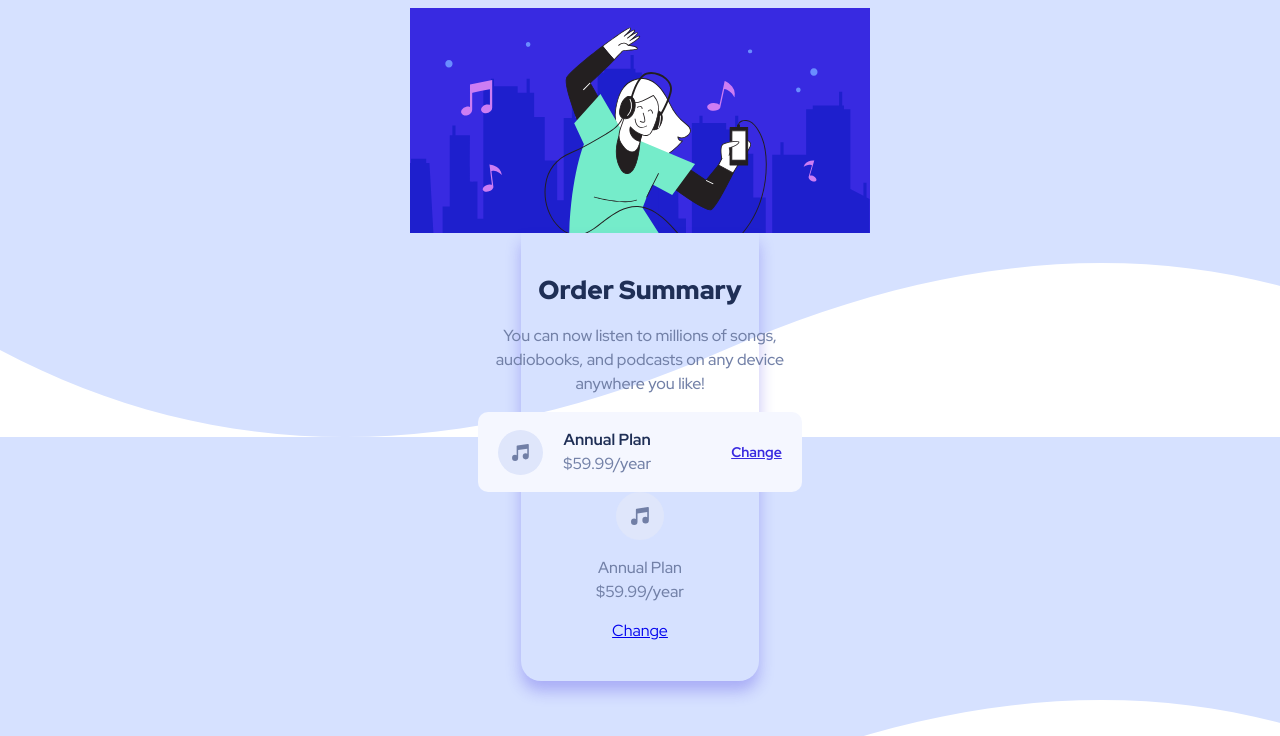
Repository: Pawan-pediredla/frontend-mentors
Page: order-summary-card/order-summary-component-main/markup/index.html
The author's editor kept a copy of each file at every save. The page is drawn from the files as they stood at one save, then again after the next save.
The browser window is 1280 px wide. The pictures show the whole page.

Above is the page before, as saved 2024-06-22 12:17:16.

### order-summary-card/order-summary-component-main/markup/index.html
<!DOCTYPE html>
<html lang="en">
<head>
  <meta charset="UTF-8">
  <meta name="viewport" content="width=device-width, initial-scale=1.0"> <!-- displays site properly based on user's device -->
  <title>Frontend Mentor | Order summary card</title>
  <link
  rel="icon"
  type="image/png"
  sizes="32x32"
  href="favicon-32x32.png"/>
<link rel="stylesheet"  href="../styling/index.css"/>
</head>
<body>
  <section class="image-container">
    <img src="illustration-hero.svg" alt="illustration-hero" />
  </section>
  <div class="container">
    <div class="content">
      <h1>Order Summary</h1>

      <p>
        You can now listen to millions of songs, audiobooks, and podcasts on
        any device anywhere you like!
      </p>

      </p>
      <section class="price">
        <img src="icon-music.svg" alt="icon-music" />
        <p>
          Annual Plan <br />
          <span>$59.99/year</span>
        </p>

        <a href="#">Change</a>
      </section>
      <section class="footer">
        <img src="icon-music.svg" alt="icon-music" />
        <p>
          Annual Plan <br />
          <span>$59.99/year</span>
        </p>
        <a href="#">Change</a>
      </section>
    </div>
  </div>
</body>
</html>

### order-summary-card/order-summary-component-main/styling/index.css
@import url("https://fonts.googleapis.com/css2?family=Red+Hat+Display:ital,wght@0,300..900;1,300..900&display=swap");

.attribution { font-size: 11px; text-align: center; }
    .attribution a { color: hsl(228, 45%, 44%); }
    :root {
        --pale-blue: #e0e8ff;
        --bright-blue: #3829e0;
        --very-pale-blue: #f5f7ff;
        --desaturated-blue: #7280a7;
        --dark-blue: #1f2f56;
      }
      html{
        padding: 0;
        margin: 0;
        -webkit-box-sizing: border-box;
        box-sizing: border-box;
        background-image: url(../images/pattern-background-desktop.svg);
        font-family: "Red Hat Display", sans-serif;
      }
      body{
        display: flex;
        flex-direction: column;
        align-items: center;
        justify-self: center
        ;
        height: 100vh;
      }
      .container{
        display: flex;
        flex-direction: column;
        justify-content: center;
        align-items:center;
    width:  23.5%;

    padding: 30px 30px;
    padding-bottom: 40px;
    border-bottom-left-radius: 20px;
    border-bottom-right-radius: 20px;
    box-shadow: 0px 10px 15px #3829e049;
}
.image-container img {
    width: 100%;
    height: 100%;
    object-fit: fill;
  }

  .content h1 {
    color: var(--dark-blue);
    text-align: center;
    font-size: 26px;
    font-weight: 900;
    margin-top: 10px;
  }

  .content p {
    color: var(--desaturated-blue);
    font-size: 16px;
    text-align: center;
    font-weight: 500;
    line-height: 1.5rem;
  }
  section.price{
    display: grid;
    grid-template-columns: repeat(5,1fr);
    align-items: center;
    gap: 20px;
    width: 100%;
    background: var(--very-pale-blue);
    border-radius: 10px;
  }
  section.price img {
    width: 45px;
    height: 45px;
    padding-left: 20px;
  }
  section.price p {
    font-size: 16px;
    color: var(--dark-blue);
    font-weight: 700;
  }

  section.price p span {
    color: var(--desaturated-blue);
    font-weight: 500;
  }
  section.price a {
    color: var(--bright-blue);
    font-weight: 700;
    font-size: 14px;
    grid-column: 4 / span 1;
    padding-left: 40px;
  }
  section.footer {
    display: flex;
    flex-direction: column;
    align-items: center;
  }

After the next save:
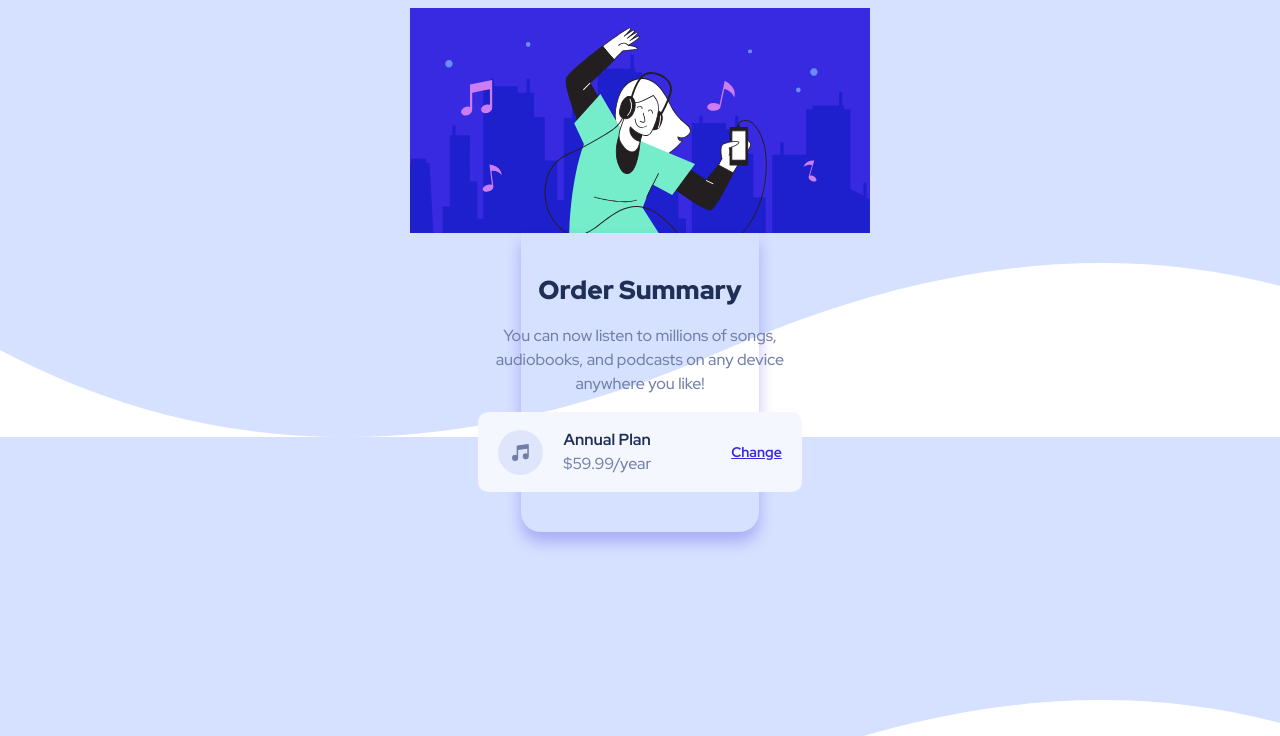
Saved 38 s later.
--- a/order-summary-card/order-summary-component-main/markup/index.html
+++ b/order-summary-card/order-summary-component-main/markup/index.html
@@ -35,12 +35,6 @@
         <a href="#">Change</a>
       </section>
       <section class="footer">
-        <img src="icon-music.svg" alt="icon-music" />
-        <p>
-          Annual Plan <br />
-          <span>$59.99/year</span>
-        </p>
-        <a href="#">Change</a>
       </section>
     </div>
   </div>
